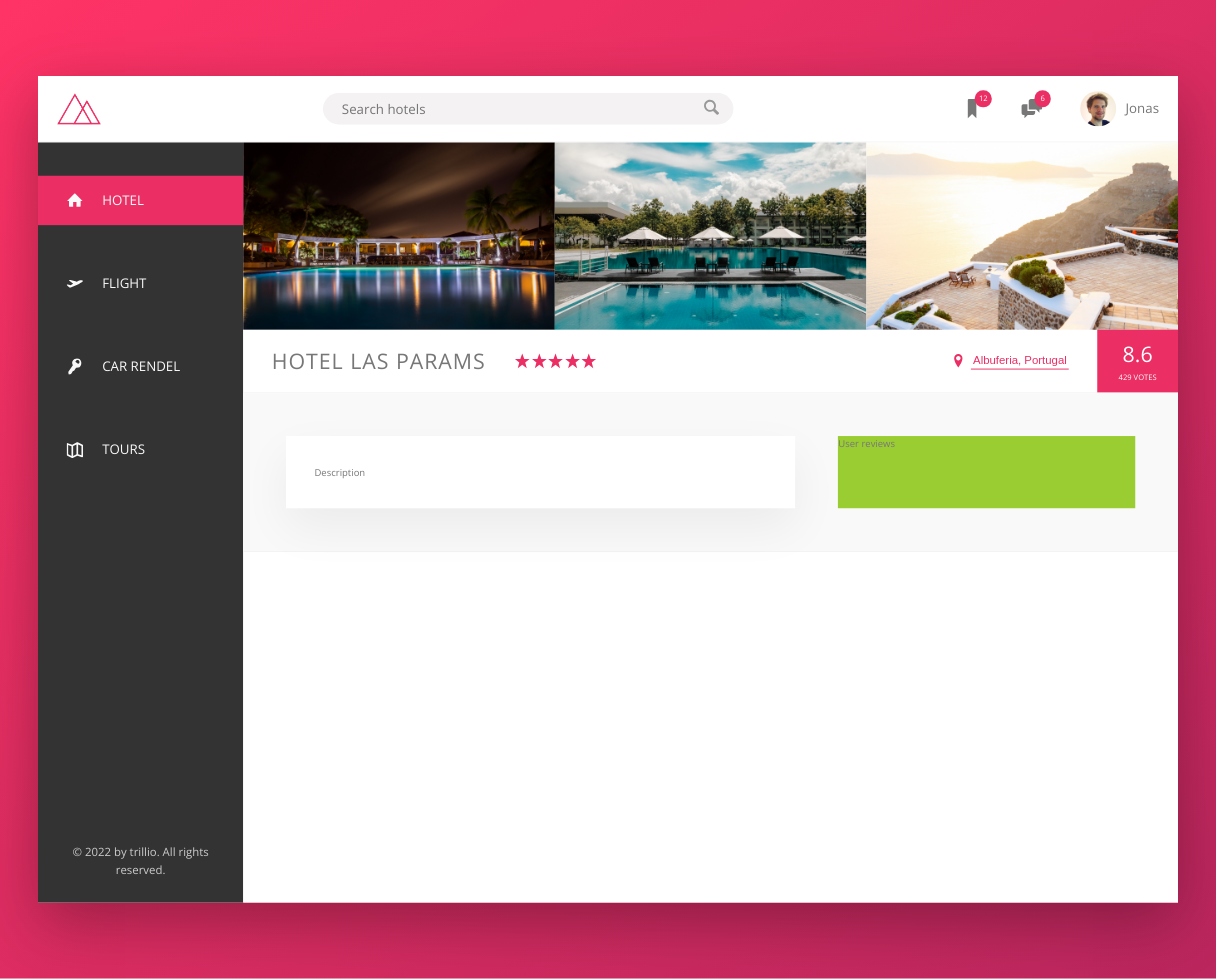
Repository: mohamediyas/flex_website
Page: index.html
The author's editor kept a copy of each file at every save. The page is drawn from the files as they stood at one save, then again after a run of saves.
The browser window is 1280 px wide. The pictures show the whole page, at 95% of full size.
The style sheet was rebuilt from its Sass, Less or Tailwind sources for each picture, by a compiler version that may differ from the author's.

Above is the page before, as saved 2022-08-06 13:47:20.

### index.html
<!DOCTYPE html>
<html lang="en">
  <head>
    <meta charset="UTF-8" />
    <meta name="viewport" content="width=device-width, initial-scale=1.0" />
    <meta http-equiv="X-UA-Compatible" content="ie=edge" />

    <link
      href="https://fonts.googleapis.com/css?family=Open+Sans:300,400,600"
      rel="stylesheet"
    />
    <link rel="stylesheet" href="css/style.css" />
    <link rel="shortcut icon" type="image/png" href="img/favicon.png" />

    <title>nexter &mdash; your home, your freedom</title>
  </head>
  <body>
    <div class="container">
      <header class="header">
        <img src="img/logo.png" alt="trilio logo" class="logo" />
        <form action="#" class="search">
          <input
            type="text"
            class="search__input"
            placeholder="Search hotels"
          />
          <button class="search__button">
            <svg class="search__icon">
              <use xlink:href="img/sprite.svg#icon-magnifying-glass"></use>
            </svg>
          </button>
        </form>

        <nav class="user-nav">
          <div class="user-nav__icon-box">
            <svg class="user-nav__icon">
              <use xlink:href="img/sprite.svg#icon-bookmark"></use>
            </svg>
            <span class="user-nav__notification">12</span>
          </div>
          <div class="user-nav__icon-box">
            <svg class="user-nav__icon">
              <use xlink:href="img/sprite.svg#icon-chat"></use>
            </svg>
            <span class="user-nav__notification">6</span>
          </div>
          <div class="user-nav__user">
            <img
              src="img/user.jpg"
              alt="user image"
              class="user-nav__user-photo"
            />
            <span class="user-nav__user-name">Jonas</span>
          </div>
        </nav>
      </header>
      <div class="content">
        <nav class="sidebar">
          <ul class="side-nav">
            <li class="side-nav__item side-nav__item--active">
              <a href="#" class="side-nav__link">
                <svg class="side-nav__icon">
                  <use xlink:href="img/sprite.svg#icon-home"></use>
                </svg>
                <span>Hotel</span>
              </a>
            </li>
            <li class="side-nav__item">
              <a href="#" class="side-nav__link">
                <svg class="side-nav__icon">
                  <use xlink:href="img/sprite.svg#icon-aircraft-take-off"></use>
                </svg>
                <span>Flight</span>
              </a>
            </li>
            <li class="side-nav__item">
              <a href="#" class="side-nav__link">
                <svg class="side-nav__icon">
                  <use xlink:href="img/sprite.svg#icon-key"></use>
                </svg>
                <span>Car Rendel</span>
              </a>
            </li>
            <li class="side-nav__item">
              <a href="#" class="side-nav__link">
                <svg class="side-nav__icon">
                  <use xlink:href="img/sprite.svg#icon-map"></use>
                </svg>
                <span>Tours</span>
              </a>
            </li>
          </ul>
          <div class="legal">&copy; 2022 by trillio. All rights reserved.</div>
        </nav>
        <main class="hotel">
          <div class="gallery">
            <figure class="gallery__item">
              <img
                src="img/hotel-1.jpg"
                aria-label="home photot"
                alt=""
                class="gallery__photo"
              />
            </figure>

            <figure class="gallery__item">
              <img
                src="img/hotel-2.jpg"
                aria-label="home photot"
                alt=""
                class="gallery__photo"
              />
            </figure>

            <figure class="gallery__item">
              <img
                src="img/hotel-3.jpg"
                aria-label="home photot"
                alt=""
                class="gallery__photo"
              />
            </figure>
          </div>
          <div class="overview">
            <h1 class="overview__heading">Hotel las params</h1>
            <div class="overview__stars">
              <svg class="overview__icon-star">
                <use xlink:href="img/sprite.svg#icon-star"></use>
              </svg>
              <svg class="overview__icon-star">
                <use xlink:href="img/sprite.svg#icon-star"></use>
              </svg>
              <svg class="overview__icon-star">
                <use xlink:href="img/sprite.svg#icon-star"></use>
              </svg>
              <svg class="overview__icon-star">
                <use xlink:href="img/sprite.svg#icon-star"></use>
              </svg>
              <svg class="overview__icon-star">
                <use xlink:href="img/sprite.svg#icon-star"></use>
              </svg>
            </div>
            <div class="overview__location">
              <svg class="overview__icon-location">
                <use xlink:href="img/sprite.svg#icon-location-pin"></use>
              </svg>
              <button class="btn-inline">Albuferia, Portugal</button>
            </div>

            <div class="overview__rating">
              <div class="overview__rating-average">8.6</div>

              <div class="overview__rating-count">429 votes</div>
            </div>
          </div>
          <div class="detail">
            <div class="description">Description</div>
            <div class="user-reviews">User reviews</div>
          </div>
        </main>
      </div>
    </div>
  </body>
</html>

### sass/_base.scss
// COLOR VARIABLES

:root {
  --color-primary: #eb2f64;
  --color-primary-light: #ff3366;
  --color-primary-dark: #ba265d;

  --color-grey-light-1: #faf9f9;
  --color-grey-light-2: #f4f2f2;
  --color-grey-light-3: #f0eeee;
  --color-grey-light-4: #ccc;

  --color-grey-dark-1: #333;
  --color-grey-dark-2: #777;
  --color-grey-dark-3: #999;

  --shadow-dark: 0 2rem 6rem rgba(0, 0, 0, 0.3);
  --shadow-light: 0 2rem 5rem rgba(0, 0, 0, 0.06);

  --line: 1px solid var(--color-grey-light-2);
}

* {
  margin: 0;
  padding: 0;
}

*,
*::after,
*::before {
  box-sizing: inherit;
}

html {
  box-sizing: border-box;
  font-size: 62.5%;
}

body {
  background-image: linear-gradient(
    to right bottom,
    var(--color-primary-light),
    var(--color-primary-dark)
  );
  font-family: "Open Sans", sans-serif;
  font-weight: 400;
  line-height: 1.6;
  background-size: cover;
  background-repeat: no-repeat;
  min-height: 100vh;
  color: var(--color-grey-dark-2);
}

### sass/_components.scss
.logo {
  height: 3.25rem;
  margin-left: 2rem;
}

.search {
  flex: 0 0 40%;

  display: flex;
  justify-content: center;
  align-items: center;

  &__input {
    font-family: inherit;
    font-size: inherit;
    background-color: var(--color-grey-light-2);
    border: none;
    color: inherit;
    padding: 0.7rem 2rem;
    border-radius: 100px;
    width: 90%;
    transition: all 0.2s;
    margin-right: -3.25rem;
    &:focus {
      outline: none;
      width: 100%;
      background-color: var(--color-grey-light-3);
    }
  }

  &::-webkit-input-placeholder {
    font-weight: 100;
    color: var(--color-grey-light-4);
  }

  &__input:focus + &__button {
    background-color: var(--color-grey-light-3);
  }

  &__button {
    border: none;
    background-color: var(--color-grey-light-2);

    &:focus {
      outline: none;
    }

    &:active {
      transform: translateY(2px);
    }
  }

  &__icon {
    height: 2rem;
    width: 2rem;
    fill: var(--color-grey-dark-3);
  }
}

.user-nav {
  align-self: stretch;
  display: flex;
  align-items: center;

  & > * {
    padding: 0 2rem;
    cursor: pointer;
    height: 100%;
    display: flex;
    align-items: center;
  }

  & > *:hover {
    background-color: var(--color-grey-light-2);
  }

  &__icon-box {
    position: relative;
  }

  &__icon {
    height: 2.25rem;
    width: 2.25rem;
    fill: var(--color-grey-dark-2);
  }

  &__notification {
    font-size: 0.8rem;
    height: 1.75rem;
    width: 1.75rem;
    border-radius: 50%;
    background-color: var(--color-primary);
    color: #fff;
    position: absolute;
    top: 1.5rem;
    right: 1.1rem;
    display: flex;
    justify-content: center;
    align-items: center;
  }

  &__user {
  }

  &__user-photo {
    height: 3.75rem;
    border-radius: 50%;
    margin-right: 1rem;
  }

  &__user-name {
  }
}

// side navigation

.side-nav {
  font-size: 1.4rem;
  list-style: none;
  margin-top: 3.5rem;

  &__item {
    position: relative;

    &:not(:last-child) {
      margin-bottom: 3.5rem;
    }
  }

  &__item::before {
    content: "";
    position: absolute;
    top: 0;
    left: 0;
    height: 100%;
    width: 3px;
    background-color: var(--color-primary);
    transform: scaleY(0);
    transition: transform 0.2s, width 0.4s cubic-bezier(1, 0, 0, 1) 0.2s;
  }

  &__item:hover:before,
  &__item--active::before {
    transform: scaleY(1);
    width: 100%;
  }

  &__item:active:before {
    background-color: var(--color-primary-light);
  }

  &__link:link,
  &__link:visited {
    color: var(--color-grey-light-1);
    text-decoration: none;
    text-transform: uppercase;
    display: block;
    padding: 1.5rem 3rem;
    z-index: 10;
    position: relative;
    display: flex;
    align-items: center;
  }

  &__link:hover {
    color: white;
  }

  &__icon {
    width: 1.75rem;
    height: 1.75rem;
    margin-right: 2rem;
    fill: currentColor;
  }
}

.legal {
  font-size: 1.2rem;
  text-align: center;
  color: var(--color-grey-light-4);
  padding: 2.5rem;
}

.gallery {
  display: flex;

  &__photo {
    width: 100%;
    display: block;
  }
}

.overview {
  display: flex;
  border-bottom: 1px solid var(--color-grey-light-2);
  align-items: center;

  &__heading {
    font-size: 2.25rem;
    font-weight: 300;
    text-transform: uppercase;
    letter-spacing: 1px;
    padding: 1.5rem 3rem;
  }
  &__stars {
    // flex: 1;
    margin-right: auto;
    display: flex;
  }
  &__icon-star,
  &__icon-location {
    width: 1.75rem;
    height: 1.75rem;
    fill: var(--color-primary);
  }
  &__location {
    font-size: 1.2rem;
    display: flex;
    align-items: center;
  }

  &__icon-location {
    margin-right: 0.5rem;
  }

  &__rating {
    background-color: var(--color-primary);
    margin-left: 3rem;
    color: #fff;
    align-self: stretch;
    padding: 0 2.25rem;

    display: flex;
    flex-direction: column;
    align-items: center;
    justify-content: center;
  }
  &__rating-average {
    font-size: 2.25rem;
    font-weight: 300;
  }
  &__rating-count {
    font-size: 0.8rem;
    text-transform: uppercase;
  }
}

### sass/_layout.scss
.container {
  max-width: 120rem;
  margin: 8rem auto;
  background-color: var(--color-grey-light-2);
  box-shadow: var(--shadow-dark);
  min-height: 50rem;
}

.header {
  font-size: 1.4rem;
  height: 7rem;
  background-color: #fff;
  border-bottom: 1px solid var(--color-grey-light-2);
  display: flex;
  justify-content: space-between;
  align-items: center;
}

.content {
  display: flex;
}

.sidebar {
  background-color: var(--color-grey-dark-1);
  flex: 0 0 18%;
  display: flex;
  flex-direction: column;
  justify-content: space-between;
}

.hotel {
  background-color: #fff;
  height: 80rem;
  flex: 1;
}

.detail {
  display: flex;
  padding: 4.5rem;
  background-color: var(--color-grey-light-1);
  border-bottom: var(--line);
}

.description {
  background-color: #fff;
  flex: 0 0 60%;
  margin-right: 4.5rem;
  box-shadow: 0 2rem 5rem rgba(0, 0, 0, 0.06);
  padding: 3rem;
}

.user-reviews {
  background-color: yellowgreen;
  flex: 1;
}

.btn-inline {
  border: none;
  color: var(--color-primary);
  font-size: inherit;
  border-bottom: 1px solid currentColor;
  padding: 2px;
  display: inline-block;
  background-color: transparent;
  cursor: pointer;

  &:hover {
    color: var(--color-grey-dark-1);
  }

  &:focus {
    outline: none;
    animation: pulsate 1s infinite;
  }
}

@keyframes pulsate {
  0% {
    transform: scale(1);
    box-shadow: none;
  }
  50% {
    transform: scale(1.05);
    box-shadow: 0 1rem 4rem rgba(0, 0, 0, 0.25);
  }
  100% {
    transform: scale(1);
    box-shadow: none;
  }
}

Loaded but not shown: sass/main.scss (common file)

After the next 3 saves:
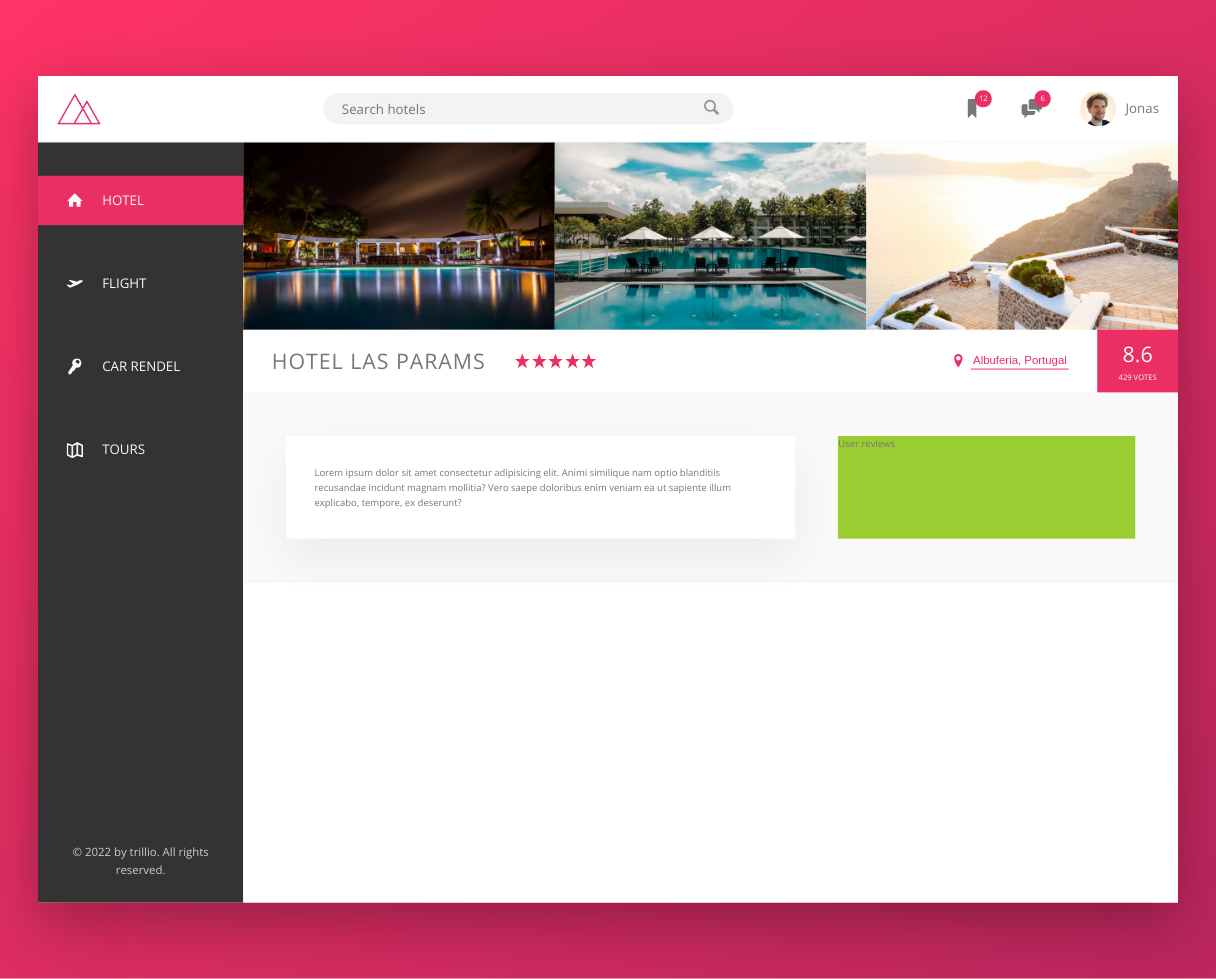
The 3 saves are shown as one change because 2 did not build or start.
The last was saved 2 min 18 s later.
--- a/index.html
+++ b/index.html
@@ -154,7 +154,14 @@
             </div>
           </div>
           <div class="detail">
-            <div class="description">Description</div>
+            <div class="description">
+              <p class="paragraph">
+                Lorem ipsum dolor sit amet consectetur adipisicing elit. Animi
+                similique nam optio blanditiis recusandae incidunt magnam
+                mollitia? Vero saepe doloribus enim veniam ea ut sapiente illum
+                explicabo, tempore, ex deserunt?
+              </p>
+            </div>
             <div class="user-reviews">User reviews</div>
           </div>
         </main>
--- a/sass/_layout.scss
+++ b/sass/_layout.scss
@@ -45,7 +45,7 @@
   background-color: #fff;
   flex: 0 0 60%;
   margin-right: 4.5rem;
-  box-shadow: 0 2rem 5rem rgba(0, 0, 0, 0.06);
+  box-shadow: var(--shadow-light);
   padding: 3rem;
 }
 
